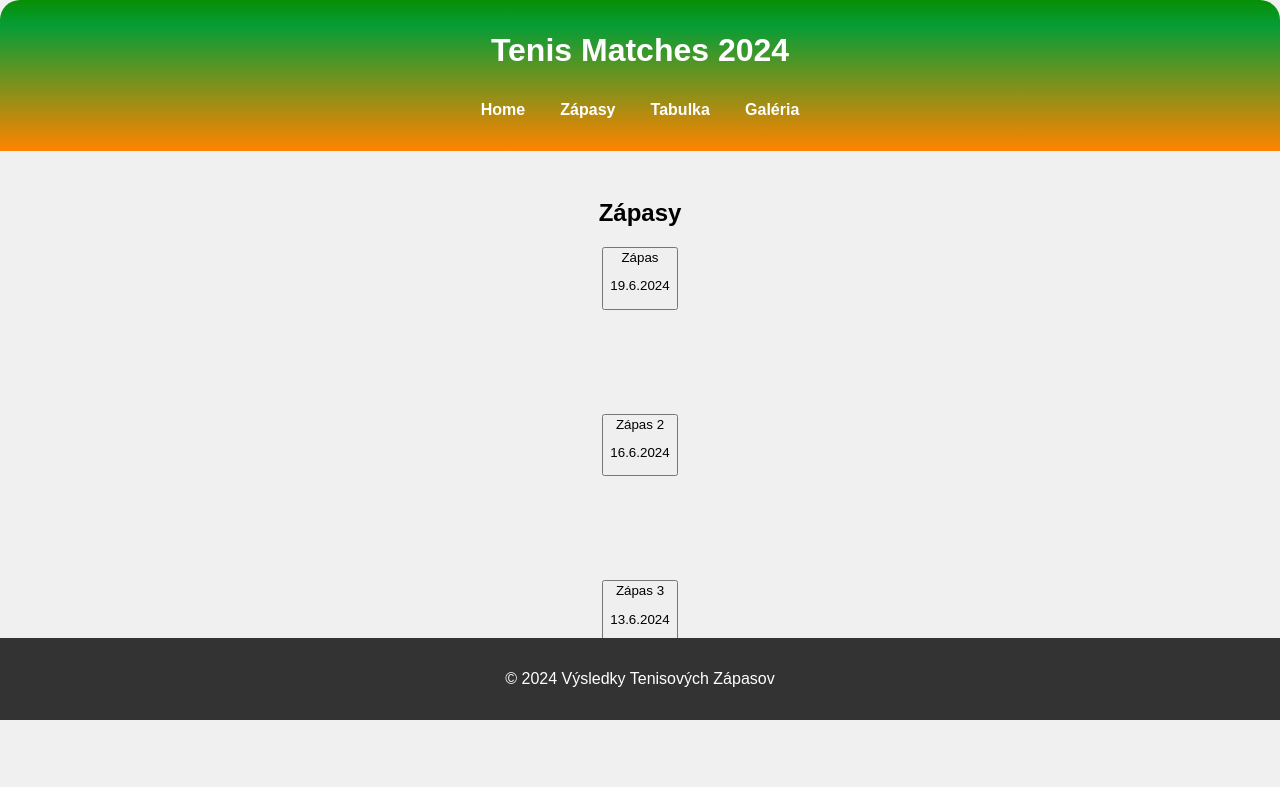
Repository: Badynko/tenis
Page: matches.html
An editor plug-in stored every save of this project. The page is shown before and after the next save, followed by the edit.
The browser window is 1280 px wide. The pictures show the whole page.

Above is the page before, as saved 2024-07-23 16:34:31.
Console error: ReferenceError: Cannot access '$matches' before initialization

### matches.html
<!DOCTYPE html>
<html lang="sk">
  <head>
    <meta charset="UTF-8" />
    <meta name="viewport" content="width=device-width, initial-scale=1.0" />
    <title>Tenis Matches 2024</title>
    <link rel="stylesheet" href="css/style.css" />
  </head>
  <body>
    <header>
      <h1>Tenis Matches 2024</h1>
      <nav>
        <ul class="menu">
          <li><a href="index.html">Home</a></li>
          <li><a href="matches.html">Zápasy</a></li>
          <li><a href="table.html">Tabulka</a></li>
          <li><a href="gallery.html">Galéria</a></li>
        </ul>
      </nav>
    </header>
    <main>
      <section id="zapasy">
        <h2>Zápasy</h2>

        <button class="accordion">
          Zápas
          <p>19.6.2024</p>
        </button>
        <div class="match, hidden">
          <div class="player">Bady</div>
          <div class="score">6 - 4, 4 - 6, 6 - 2</div>
          <div class="player">Wicta</div>
        </div>

        <button class="accordion">
          Zápas 2
          <p>16.6.2024</p>
        </button>
        <div class="match, hidden">
          <div class="player">Bady</div>
          <div class="score">6 - 3, 7 - 5</div>
          <div class="player">Wicta</div>
        </div>

        <button class="accordion">
          Zápas 3
          <p>13.6.2024</p>
        </button>
        <div class="match, hidden">
          <div class="player">Bady</div>
          <div class="score">6 - 3, 7 - 5</div>
          <div class="player">Wicta</div>
        </div>
      </section>
    </main>
    <footer>
      <p>&copy; 2024 Výsledky Tenisových Zápasov</p>
    </footer>
    <script src="js/script-matches.js"></script>
  </body>
</html>

### css/style.css
body {
  font-family: Arial, sans-serif;
  margin: 0;
  padding: 0;
  background-color: #f0f0f0;
}

header {
  background-color: #12684e;
  color: #fff;
  text-align: center;
  padding: 1rem 0;
  border-radius: 20px 20px 0 0;
  background: rgb(7, 143, 4);
  background: linear-gradient(
    180deg,
    rgba(7, 143, 4, 1) 0%,
    rgba(6, 157, 54, 1) 17%,
    rgba(255, 132, 0, 1) 100%
  );
  font-family: Century Gothic, CenturyGothic, AppleGothic, sans-serif;
}

h1 {
  margin: 0;
  margin-top: 1rem;
}

nav {
  margin: 2rem 0;
  margin-bottom: 0;
}

.menu {
  list-style-type: none;
  padding: 0;
  display: flex;
  justify-content: center;
}

.menu li {
  margin: 0 1rem;
}

.menu a {
  color: #fff;
  text-decoration: none;
  padding: 0.5rem 0.1rem;
  border-radius: 5px;
  transition: background-color 0.3s;
  font-weight: bold;
}

.menu a:hover {
  background-color: #575757;
}

main {
  padding: 1rem;
  text-align: center;
}

section {
  margin: 2rem 0;
}

.match {
  background-color: #fff;
  margin: 1rem 0;
  padding: 1rem;
  border-radius: 5px;
  box-shadow: 0 0 10px rgba(0, 0, 0, 0.1);
  display: flex;
  justify-content: space-between;
  align-items: center;
  flex-wrap: wrap;
}

.player {
  font-size: 1.2rem;
  flex: 1 1 100%;
  text-align: center;
  margin: 0.5rem 0;
}

.score {
  font-size: 1.5rem;
  flex: 1 1 100%;
  text-align: center;
  font-weight: bold;
  color: #333;
  margin: 0.5rem 0;
}

footer {
  background-color: #333;
  color: #fff;
  text-align: center;
  padding: 1rem 0;
  position: fixed;
  left: 0;
  bottom: 0;
  width: 100%;
}

@media (min-width: 600px) {
  .match {
    flex-wrap: nowrap;
  }

  .player,
  .score {
    flex: 1;
    text-align: left;
  }

  .score {
    text-align: center;
  }
}

/* HOME SLIDER */
.slider {
  margin-top: 3rem;
  width: 100%;
  padding-bottom: 50%;
}
.slider img {
  width: 100%;
}
.wrapper {
  width: 100%;
  margin: 0;
}
@media only screen and (min-width: 1024px) {
  .wrapper {
    width: 1024px;
    margin: auto;
  }
}

/* Javascript Classes */

.hidden {
  visibility: hidden;
}

### js/script-matches.js
"use strict";

const $match = document.querySelectorAll(".accordion");
const $details = document.querySelectorAll(".match");

const $matches = $matches.forEach(($match) =>
  $match.addEventListener("click", function () {
    $match.classList.add("hidden");
  })
);

After the next save:
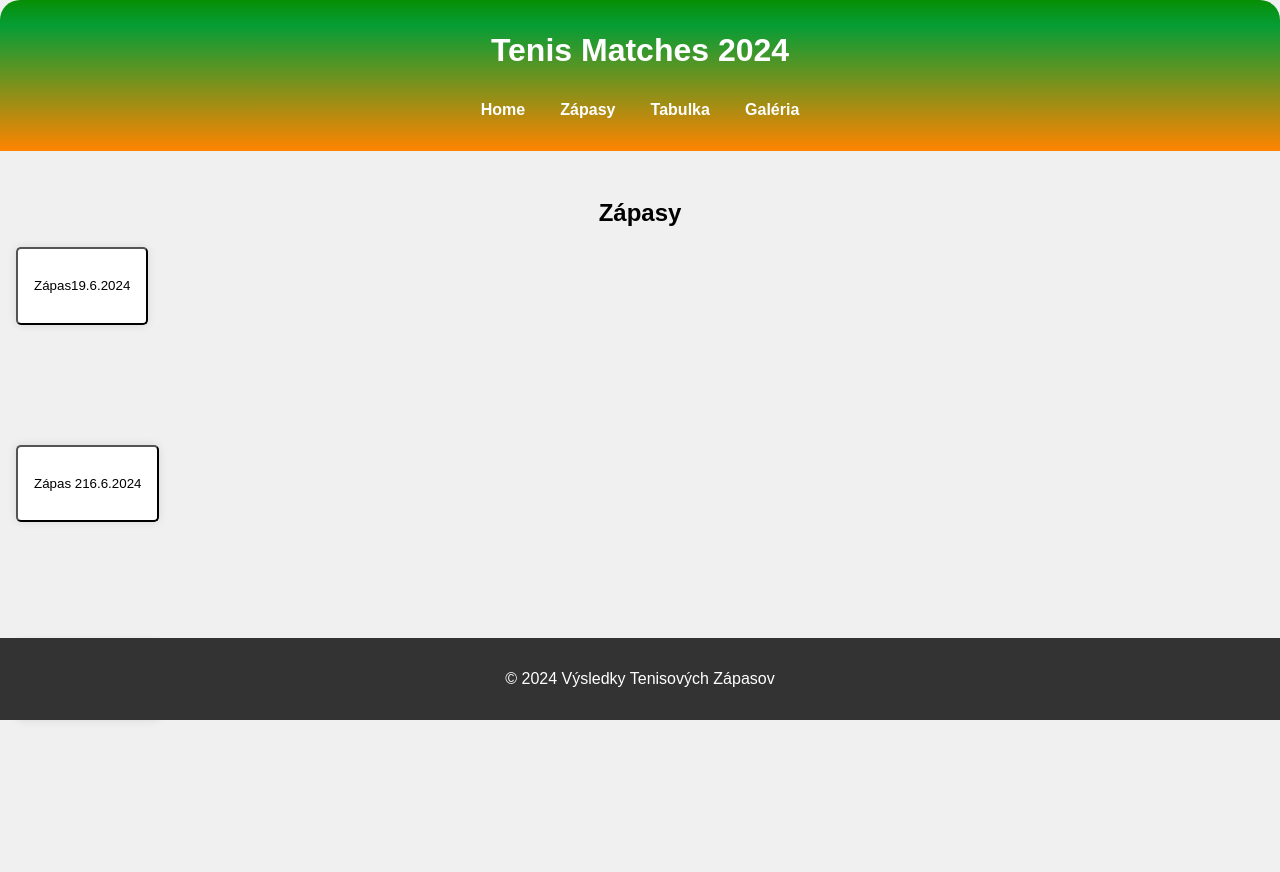
Saved 74 s later.
--- a/matches.html
+++ b/matches.html
@@ -22,31 +22,31 @@
       <section id="zapasy">
         <h2>Zápasy</h2>
 
-        <button class="accordion">
+        <button class="match">
           Zápas
           <p>19.6.2024</p>
         </button>
-        <div class="match, hidden">
+        <div class="accordion, hidden">
           <div class="player">Bady</div>
           <div class="score">6 - 4, 4 - 6, 6 - 2</div>
           <div class="player">Wicta</div>
         </div>
 
-        <button class="accordion">
+        <button class="match">
           Zápas 2
           <p>16.6.2024</p>
         </button>
-        <div class="match, hidden">
+        <div class="accordion, hidden">
           <div class="player">Bady</div>
           <div class="score">6 - 3, 7 - 5</div>
           <div class="player">Wicta</div>
         </div>
 
-        <button class="accordion">
+        <button class="match">
           Zápas 3
           <p>13.6.2024</p>
         </button>
-        <div class="match, hidden">
+        <div class="accordion, hidden">
           <div class="player">Bady</div>
           <div class="score">6 - 3, 7 - 5</div>
           <div class="player">Wicta</div>
